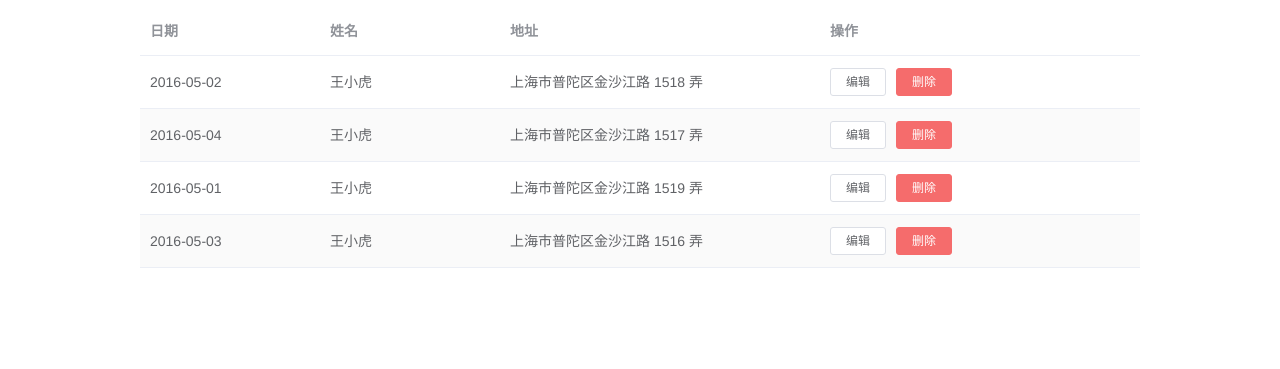
Repository: chang-meng-yun/vue_project
Page: /
An editor plug-in stored every save of this project. The page is shown before and after a run of saves, followed by the edit.
The browser window is 1280 px wide. The pictures show the whole page.
The project was rebuilt for these pictures with package versions that can differ from the ones it lists, and the page was loaded fresh each time. Also part of the build but not shown: vue.config.js, src/VBindStudy.vue, src/components/HelloWorld.vue, src/views/HomeView.vue.

Above is the page before, as saved 2024-06-27 11:11:22.

### public/index.html
<!DOCTYPE html>
<html lang="">
  <head>
    <meta charset="utf-8">
    <meta http-equiv="X-UA-Compatible" content="IE=edge">
    <meta name="viewport" content="width=device-width,initial-scale=1.0">
    <link rel="icon" href="<%= BASE_URL %>favicon.ico">
    <!-- <title><%= htmlWebpackPlugin.options.title %></title> -->
     <title>我是首页</title>
  </head>
  <body>
    <noscript>
      <strong>We're sorry but <%= htmlWebpackPlugin.options.title %> doesn't work properly without JavaScript enabled. Please enable it to continue.</strong>
    </noscript>
    <!-- 显示内容的地方 -->
    <div id="app"></div>
    <!-- built files will be auto injected -->
  </body>
</html>

### src/main.js
import Vue from 'vue'
import App from './App.vue'
import ElementUI from 'element-ui';
import 'element-ui/lib/theme-chalk/index.css';
import router from './router'

Vue.use(ElementUI);

Vue.config.productionTip = false
new Vue({
  router,
  render: h => h(App)
}).$mount('#app')

### src/App.vue
<template>
  <div id="app">
    <!-- <Hello></Hello> -->
    <!-- <VBindStudy></VBindStudy> -->
     <!-- <HomeWork></HomeWork> -->
      <!-- <reHome></reHome> -->
       <!-- <Model></Model> -->
        <FromFrame></FromFrame>
  </div>
</template>
<script>
  // 导入组件
  import Hello from '@/Hello.vue'
  import VBindStudy from '@/VBindStudy'
  import HomeWork from '@/HomeWork'
    import reHome from './views/reHome.vue'
  import FromFrame from '@/FromFrame.vue'
     // import Model from './views/Model.vue'
  export default{
    components:{
        Hello,
        VBindStudy,
        HomeWork,
        FromFrame
        // Model
    },
    data(){
      return{
        mark:true,
        name:"张三",
        mywidth:"350px",
        myImage:require("./assets/花.jpg")
      }
    },
    methods:{
     controller_div(){
        this.mark=!this.mark
        console.log(this.mark)
      },
      changeSize(){
        this.mywidth="500px"
      },
      changeImage(){
        console.log("pakaqiu")
        this.myImage=require("./assets/小樱花.webp")
      }
     }
    }
</script>
<style>
.box{
    width: 200px;
    height: 200px;
    background-color: red;
}
#app {
  font-family: Avenir, Helvetica, Arial, sans-serif;
  -webkit-font-smoothing: antialiased;
  -moz-osx-font-smoothing: grayscale;
  text-align: center;
  color: #2c3e50;
}

nav {
  padding: 30px;
}

nav a {
  font-weight: bold;
  color: #2c3e50;
}

nav a.router-link-exact-active {
  color: #42b983;
}
</style>

### src/Hello.vue
<template>
  <div>
        <!-- <nav>
      <router-link to="/">Home</router-link> |
      <router-link to="/about">About</router-link>
    </nav> -->
    <!-- <el-row>
      <el-button>默认按钮</el-button>
      <el-button type="primary">主要按钮</el-button>
      <el-button type="success">成功按钮</el-button>
      <el-button type="info">信息按钮</el-button>
      <el-button type="warning">警告按钮</el-button>
      <el-button type="danger">危险按钮</el-button>
    </el-row> -->

    <!-- <input  type="text" v-model="username"> -->
     <!-- <div  v-if="mark" class="box">
      div1-if标签
     </div> -->
     <!-- <el-button type="primary" v-on:click="controller_div()">控制div</el-button> -->
     <!-- <div  v-show ="mark" class="box"> -->
      <!-- div2-show标签 -->
     <!-- </div> -->
    <!-- <div>
      {{username}}
    </div> -->
    <!-- <router-view/> -->
     <!-- <hr> -->

     <el-row>
        <el-col :span="12">
          <div class="grid-content bg-purple">
         <img src="./assets/小雏菊.webp" v-bind:width="mywidth" />
         <br>
         <el-button type="primary" @click="changeSize()">改变大小</el-button>
        </div>
      </el-col>

        <el-col :span="12">
          <div class="grid-content bg-purple-light">
            <img v-bind:src="myImage" width="350px" />
            <br>
            <el-button type="primary" @click="changeImage()">改变图片</el-button>
        </div>
      </el-col>
      </el-row>

  </div>
</template>
<script>
     export default{
    // components:{
    //     Hello,
    //     VBindStudy
    // },
    data(){
      return{
        mark:true,
        name:"张三",
        mywidth:"350px",
        myImage:require("./assets/花.jpg")
      }
    },
    methods:{
     controller_div(){
        this.mark=!this.mark
        console.log(this.mark)
      },
      changeSize(){
        this.mywidth="500px"
      },
      changeImage(){
        console.log("pakaqiu")
        this.myImage=require("./assets/小樱花.webp")
      }
     },
     components:{

     }
    }
  </script>
  <style>
  .box{
      width: 200px;
      height: 200px;
      background-color: red;
  }
  #app {
    font-family: Avenir, Helvetica, Arial, sans-serif;
    -webkit-font-smoothing: antialiased;
    -moz-osx-font-smoothing: grayscale;
    text-align: center;
    color: #2c3e50;
  }

  nav {
    padding: 30px;
  }

  nav a {
    font-weight: bold;
    color: #2c3e50;
  }

  /* nav a.router-link-exact-active {
    color: #42b983;
  } */
  </style>

### src/HomeWork.vue
<template>
    <div id="all">

        <h3>请选择你喜欢的语言</h3>
        <table border="1" cellspacing="0" style="margin: 0 auto;" >
            <tr>
                <td v-for="(obj,index) in subject "
                :key="index"
                v-bind:class="{'bg':obj.mark}"
                @click="changeColor(obj,index)">{{obj.name}}</td>
            </tr>
        </table>

        <p style="text-align: center;">我最喜欢的编程语言是{{pro_name}}</p>
        <el-input v-model="inputName" placeholder="请输入你喜欢的书" style="width: 300px;"></el-input>
        <el-button type="primary" @click="addBook()">添加你喜欢的书本</el-button>
        <!-- <el-button type="primary" v-if="">隐藏</el-button> -->
       <!-- {{message}} -->


    </div>
</template>
<script>
    export default{
        data(){
        return{
            pro_name:"Java",
            inputName:"",
            subject:[
            {id:"1",name:"Java",mark:true},
            {id:"2",name:"C",mark:false},
            {id:"3",name:"C++",mark:false},
            {id:"4",name:"Python",mark:false},
            ],
        }
        },
        methods:{
            addBook(){
                console.log(this.inputName)
                this.subject.push({"name":this.inputName,"mark":false})
            },
            changeColor(obj,index){
                console.log(obj,index)
                this.pro_name = obj.name;
                for(var i=0;i<this.subject.length;i++){
                    this.subject[i].mark=false;
                }
                this.subject[index].mark=true;
                this.pro_name=this.subject[index].name;
            }
        },
        components:{

        }
    }

</script>
<style>
 tr td{
        width: 200px;
        height: 50px;
        /* background-color: rgb(130, 236, 176); */
    }
    .bg{
        /* background-color: rgb(218, 103, 80); */
    }
</style>

### src/views/reHome.vue
<template>
    <div>
       <h3>请选择你喜欢的语言</h3>
       <table cellspacing="0" border="1" style="margin: 0 auto;">
        <tr>
            <td v-for="(obj,index) in subjects"
            :key="index"
            v_bind :class="{'bg1':obj.mark}"
            @click="changeColor(obj,index)">
            {{obj.name}}
            </td>
        </tr>
       </table>
       <p>我最喜欢的语言是{{proname}}</p>
    </div>
</template>
<script>
  export default{
    data(){
        return{
          proname:"java",
          subjects:[
            {name:"Java",mark:true},
            {name:"C",mark:false},
            {name:"C++",mark:false},
            {name:"Python",mark:false},
          ]
        }
    },
    methods:{
        changeColor(obj,index){
            console.log(obj,index)
            this.proname=obj.name
            for(var i = 0;i<this.subjects.length;i++){
                this.subjects[i].mark=false;
            }
            obj.mark=true;
        }
    },
    components:{

    },
  }
</script>
<style>
 tr td{
        width: 200px;
        height: 50px;
        /* background-color: rgb(130, 236, 176); */
    }
    .bg1{
        /* background-color: rgb(218, 103, 80); */
    }
</style>

### src/FromFrame.vue
<template>
    <div style="width: 1000px;margin: 0 auto;">
        <!-- 功能区域 -->
        <div>

        </div>


        <!-- 数据显示区 -->
    <div>
        <el-table :data="tableData" stripe style="width: 100%">
        <el-table-column  prop="date" label="日期"width="180"></el-table-column>
        <el-table-column prop="name" label="姓名" width="180"></el-table-column>
        <el-table-column
          prop="address"
          label="地址">
        </el-table-column>
        <el-table-column label="操作">
            <template slot-scope="scope">
              <el-button
                size="mini"
                @click="handleEdit(scope.$index, scope.row)">编辑</el-button>
              <el-button
                size="mini"
                type="danger"
                @click="handleDelete(scope.$index, scope.row)">删除</el-button>
            </template>
          </el-table-column>
      </el-table>
    </div>
    </div>
</template>
<script>
     export default{
        data(){
            return{
          tableData: [{
          date: '2016-05-02',
          name: '王小虎',
          address: '上海市普陀区金沙江路 1518 弄'
        }, {
          date: '2016-05-04',
          name: '王小虎',
          address: '上海市普陀区金沙江路 1517 弄'
        }, {
          date: '2016-05-01',
          name: '王小虎',
          address: '上海市普陀区金沙江路 1519 弄'
        }, {
          date: '2016-05-03',
          name: '王小虎',
          address: '上海市普陀区金沙江路 1516 弄'
        }]
            }
        },
        methods: {
            handleEdit(index, row) {
            console.log(index, row);
            },
            handleDelete(index, row) {
            console.log(index, row);
            }
        },
        components:{

        }
     }
</script>
<style>

</style>

Loaded but not shown: src/router/index.js (common file)

After the next 2 saves:
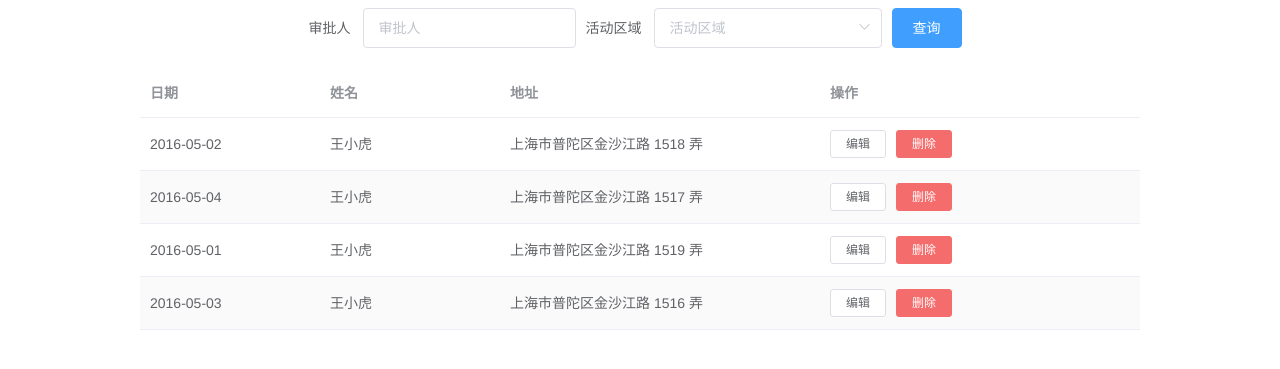
The 2 saves are shown as one change because 1 did not build or start.
The last was saved 3 min 57 s later.
--- a/src/FromFrame.vue
+++ b/src/FromFrame.vue
@@ -2,7 +2,20 @@
     <div style="width: 1000px;margin: 0 auto;">
         <!-- 功能区域 -->
         <div>
-
+            <el-form :inline="true" :model="formInline" class="demo-form-inline">
+                <el-form-item label="审批人">
+                  <el-input v-model="formInline.user" placeholder="审批人"></el-input>
+                </el-form-item>
+                <el-form-item label="活动区域">
+                  <el-select v-model="formInline.region" placeholder="活动区域">
+                    <el-option label="区域一" value="shanghai"></el-option>
+                    <el-option label="区域二" value="beijing"></el-option>
+                  </el-select>
+                </el-form-item>
+                <el-form-item>
+                  <el-button type="primary" @click="onSubmit">查询</el-button>
+                </el-form-item>
+              </el-form>
         </div>
 
 
@@ -33,25 +46,29 @@
 <script>
      export default{
         data(){
-            return{
-          tableData: [{
-          date: '2016-05-02',
-          name: '王小虎',
-          address: '上海市普陀区金沙江路 1518 弄'
-        }, {
-          date: '2016-05-04',
-          name: '王小虎',
-          address: '上海市普陀区金沙江路 1517 弄'
-        }, {
-          date: '2016-05-01',
-          name: '王小虎',
-          address: '上海市普陀区金沙江路 1519 弄'
-        }, {
-          date: '2016-05-03',
-          name: '王小虎',
-          address: '上海市普陀区金沙江路 1516 弄'
-        }]
+        return{
+            tableData: [{
+            date: '2016-05-02',
+            name: '王小虎',
+            address: '上海市普陀区金沙江路 1518 弄'
+            }, {
+            date: '2016-05-04',
+            name: '王小虎',
+            address: '上海市普陀区金沙江路 1517 弄'
+            }, {
+            date: '2016-05-01',
+            name: '王小虎',
+            address: '上海市普陀区金沙江路 1519 弄'
+            }, {
+            date: '2016-05-03',
+            name: '王小虎',
+            address: '上海市普陀区金沙江路 1516 弄'
+            }],
+            formInline: {
+            user: '',
+            region: ''
             }
+         }
         },
         methods: {
             handleEdit(index, row) {
@@ -59,7 +76,10 @@
             },
             handleDelete(index, row) {
             console.log(index, row);
-            }
+            },
+            onSubmit() {
+           console.log('submit!');
+      }
         },
         components:{
 
